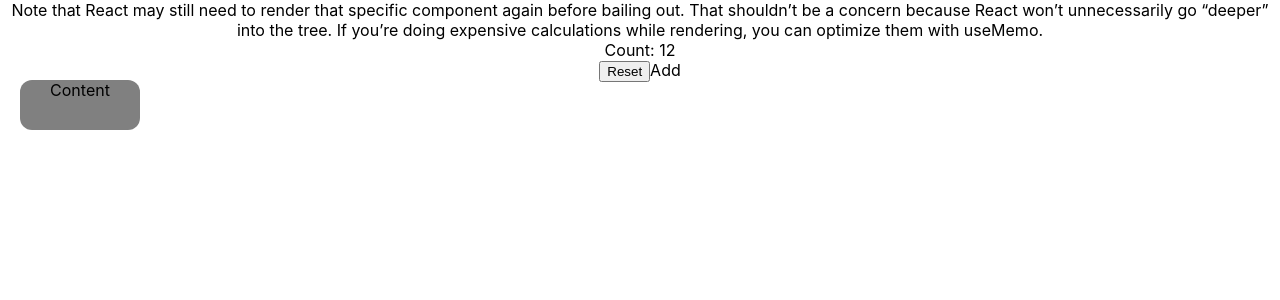
Repository: Farbod29/React-text-highlighter-with-hook-
Page: /
An editor plug-in stored every save of this project. The page is shown before and after the next save, followed by the edit.
The browser window is 1280 px wide. The pictures show the whole page.
The project was rebuilt for these pictures with package versions that can differ from the ones it lists, and the page was loaded fresh each time.

Above is the page before, as saved 2022-02-18 21:07:26.

After the next save:
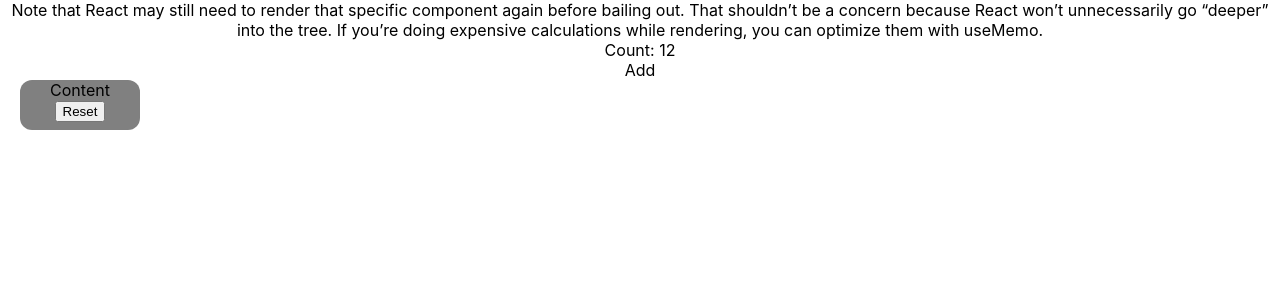
Saved 37 s later.
--- a/src/highlighter.js
+++ b/src/highlighter.js
@@ -34,8 +34,8 @@ export default function Highlighter() {
           }}
         >
           Content
+          <button onClick={() => setCount(12)}>Reset</button>
         </div>
-        <button onClick={() => setCount(12)}>Reset</button>
         Add {doit()}
       </div>
     </>
